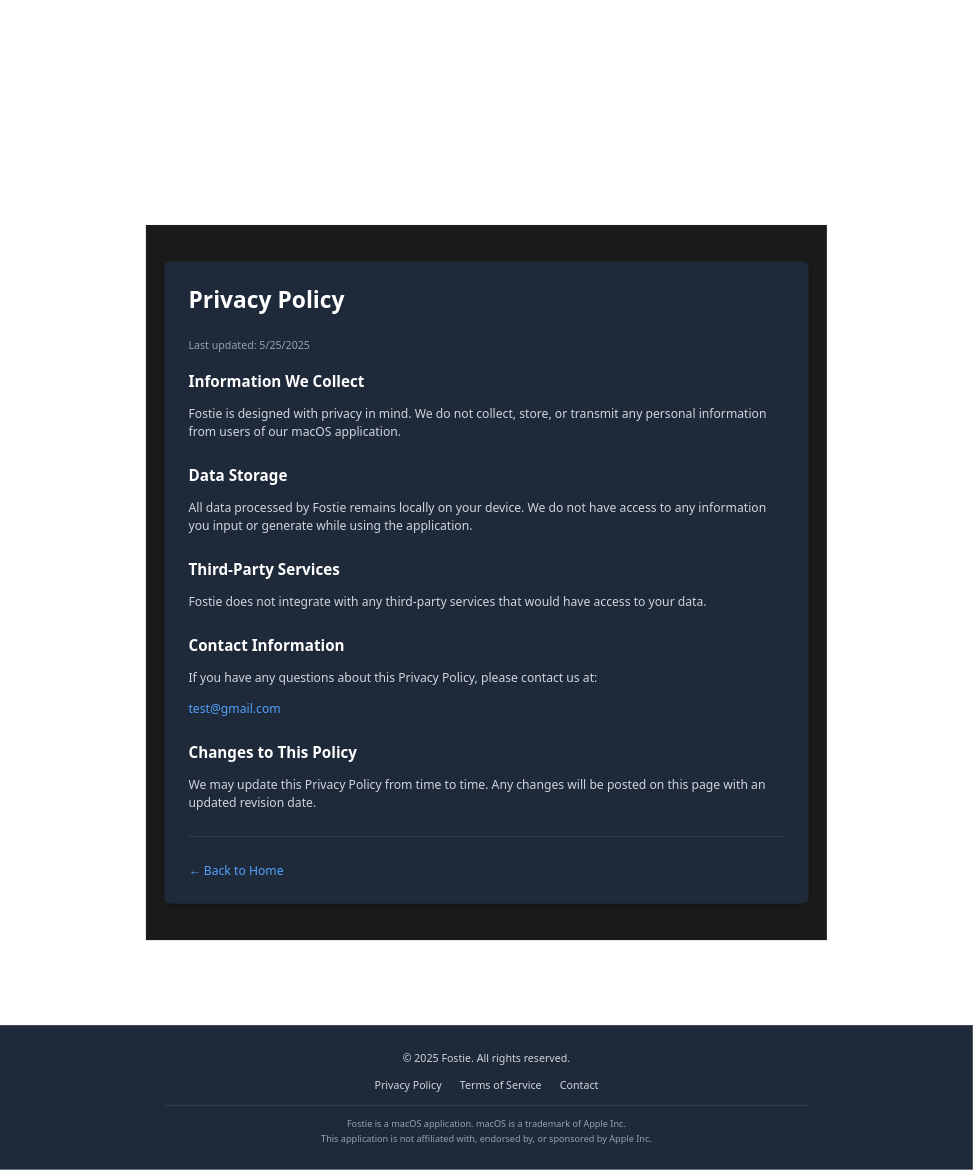
Repository: atimael/fostie-web
Page: /privacy
An editor plug-in stored every save of this project. The page is shown before and after the next save, followed by the edit.
The browser window is 1280 px wide. The pictures show the whole page, at 76% of full size.
The project was rebuilt for these pictures with package versions that can differ from the ones it lists, and the page was loaded fresh each time. The framework's server and built-in components were replaced by stand-ins that run in the browser. Also part of the build but not shown: next.config.js.

Above is the page before, as saved 2025-05-26 21:49:04.

### app/layout.tsx
import type { Metadata } from "next";
import type { ReactNode } from "react";
import "./globals.css";

export const metadata: Metadata = {
  title: "Fostie - macOS App",
  description: "Official website for Fostie macOS application",
  keywords: "Fostie, macOS, app, application",
  authors: [{ name: "Fostie Team" }],
};

export const viewport = {
  width: "device-width",
  initialScale: 1,
};

export default function RootLayout({ children }: { children: ReactNode }) {
  return (
    <html lang="en" className="dark">
      <body className="antialiased">{children}</body>
    </html>
  );
}

### app/privacy/layout.tsx
import Footer from "@/components/footer";
import Header from "@/components/header";

export default function PrivacyLayout({
  children,
}: {
  children: React.ReactNode;
}) {
  return (
    <>
      <Header />
      <main className="flex w-full flex-1 justify-center px-12 pb-16 pt-32 sm:pb-28 sm:pt-48 xl:px-40">
        {children}
      </main>
      <Footer className="support-page" />
    </>
  );
}

### app/privacy/page.tsx
export default function Privacy() {
  const currentYear = new Date().getFullYear();

  return (
    <main className="min-h-screen bg-gray-50 dark:bg-custom-dark">
      <div className="max-w-4xl mx-auto px-6 py-12">
        <div className="bg-white dark:bg-gray-800 rounded-lg shadow-md p-8">
          <h1 className="text-3xl font-bold text-gray-900 dark:text-white mb-8">
            Privacy Policy
          </h1>

          <div className="prose prose-gray dark:prose-invert max-w-none">
            <p className="text-sm text-gray-600 dark:text-gray-400 mb-6">
              Last updated: {new Date().toLocaleDateString()}
            </p>

            <section className="mb-8">
              <h2 className="text-xl font-semibold text-gray-900 dark:text-white mb-4">
                Information We Collect
              </h2>
              <p className="text-gray-700 dark:text-gray-300 mb-4">
                Fostie is designed with privacy in mind. We do not collect,
                store, or transmit any personal information from users of our
                macOS application.
              </p>
            </section>

            <section className="mb-8">
              <h2 className="text-xl font-semibold text-gray-900 dark:text-white mb-4">
                Data Storage
              </h2>
              <p className="text-gray-700 dark:text-gray-300 mb-4">
                All data processed by Fostie remains locally on your device. We
                do not have access to any information you input or generate
                while using the application.
              </p>
            </section>

            <section className="mb-8">
              <h2 className="text-xl font-semibold text-gray-900 dark:text-white mb-4">
                Third-Party Services
              </h2>
              <p className="text-gray-700 dark:text-gray-300 mb-4">
                Fostie does not integrate with any third-party services that
                would have access to your data.
              </p>
            </section>

            <section className="mb-8">
              <h2 className="text-xl font-semibold text-gray-900 dark:text-white mb-4">
                Contact Information
              </h2>
              <p className="text-gray-700 dark:text-gray-300 mb-4">
                If you have any questions about this Privacy Policy, please
                contact us at:
              </p>
              <p className="text-gray-700 dark:text-gray-300">
                <a
                  href="mailto:test@gmail.com"
                  className="text-blue-600 dark:text-blue-400 hover:text-blue-800 dark:hover:text-blue-300"
                >
                  test@gmail.com
                </a>
              </p>
            </section>

            <section className="mb-8">
              <h2 className="text-xl font-semibold text-gray-900 dark:text-white mb-4">
                Changes to This Policy
              </h2>
              <p className="text-gray-700 dark:text-gray-300 mb-4">
                We may update this Privacy Policy from time to time. Any changes
                will be posted on this page with an updated revision date.
              </p>
            </section>
          </div>

          <div className="mt-8 pt-8 border-t border-gray-200 dark:border-gray-700">
            <a
              href="/"
              className="text-blue-600 dark:text-blue-400 hover:text-blue-800 dark:hover:text-blue-300 font-medium"
            >
              ← Back to Home
            </a>
          </div>
        </div>
      </div>
    </main>
  );
}

### app/globals.css
@import "tailwindcss";

@custom-variant dark (&:where(.dark, .dark *));

@theme {
  /* Enable dark mode based on system preference */
  --default-color-scheme: light dark;

  /* Custom dark background color */
  --color-custom-dark: #1a1a1a;

  /* Custom font family */
  --font-family-sans: ui-sans-serif, system-ui, sans-serif, "Apple Color Emoji",
    "Segoe UI Emoji", "Segoe UI Symbol", "Noto Color Emoji";
}

### components/footer.tsx
export default function Footer() {
  const currentYear = new Date().getFullYear();

  return (
    <footer className="bg-white dark:bg-gray-800 border-t border-gray-200 dark:border-gray-700">
      <div className="max-w-4xl mx-auto px-6 py-8">
        <div className="text-center space-y-4">
          <div className="text-sm text-gray-600 dark:text-gray-300">
            <p>&copy; {currentYear} Fostie. All rights reserved.</p>
          </div>

          <div className="flex flex-wrap justify-center gap-6 text-sm">
            <a
              href="/privacy"
              className="text-gray-600 dark:text-gray-300 hover:text-gray-900 dark:hover:text-white transition-colors"
            >
              Privacy Policy
            </a>
            <a
              href="/terms"
              className="text-gray-600 dark:text-gray-300 hover:text-gray-900 dark:hover:text-white transition-colors"
            >
              Terms of Service
            </a>
            <a
              href="mailto:test@gmail.com"
              className="text-gray-600 dark:text-gray-300 hover:text-gray-900 dark:hover:text-white transition-colors"
            >
              Contact
            </a>
          </div>

          <div className="text-xs text-gray-500 dark:text-gray-400 pt-4 border-t border-gray-100 dark:border-gray-700">
            <p>
              Fostie is a macOS application. macOS is a trademark of Apple Inc.
            </p>
            <p className="mt-1">
              This application is not affiliated with, endorsed by, or sponsored
              by Apple Inc.
            </p>
          </div>
        </div>
      </div>
    </footer>
  );
}

### components/header.tsx
export default function Header() {
  return (
    <header className="justify-between">
      <div className="max-w-4xl mx-auto px-6 py-8">
        <h1 className="text-4xl font-bold text-gray-900 dark:text-white text-center">
          Fostie
        </h1>
      </div>
    </header>
  );
}

After the next save:
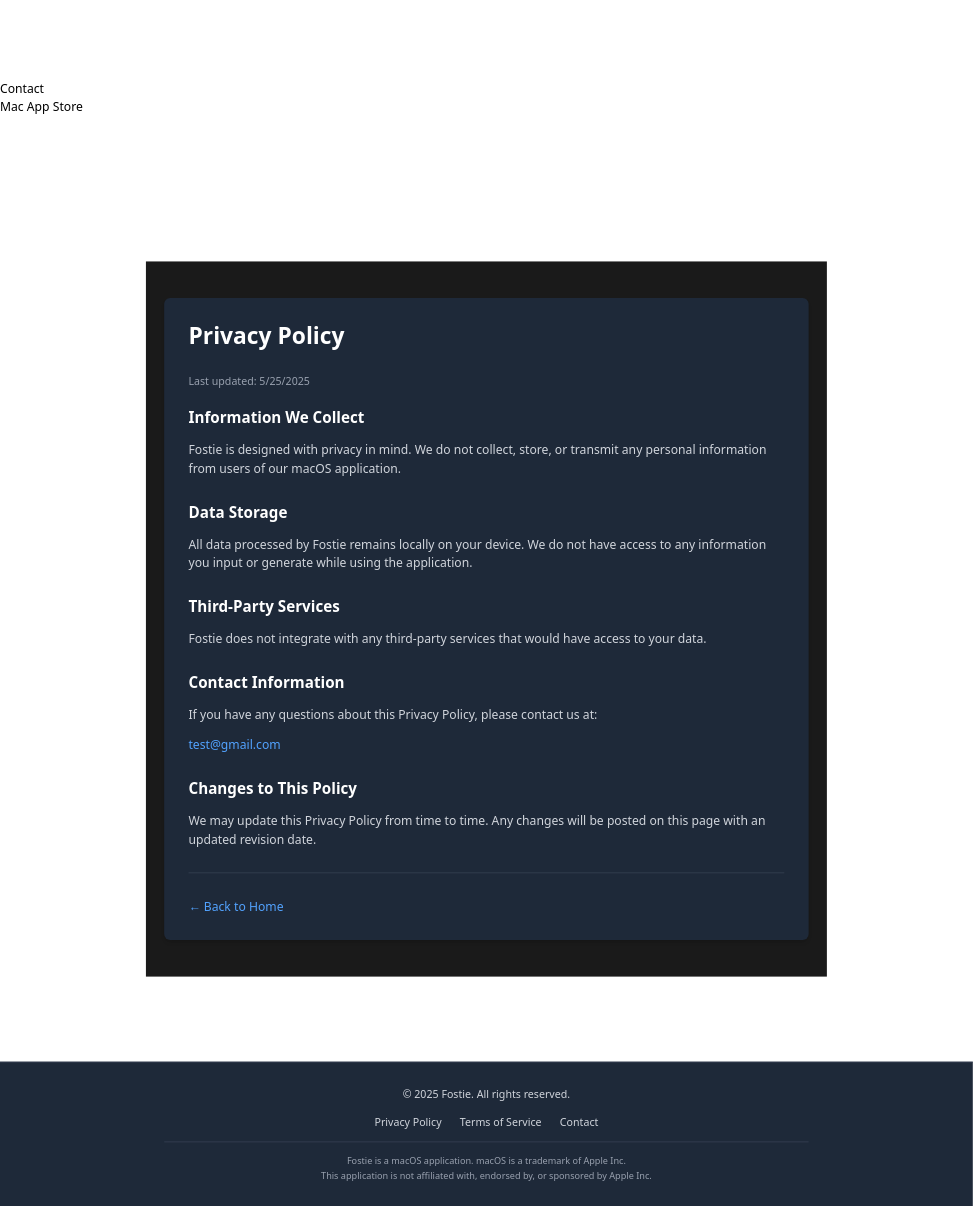
Saved 36 s later.
--- a/components/header.tsx
+++ b/components/header.tsx
@@ -6,6 +6,12 @@
           Fostie
         </h1>
       </div>
+
+      <div>
+        <div>Contact</div>
+
+        <div>Mac App Store</div>
+      </div>
     </header>
   );
 }

After the 2 saves that followed:
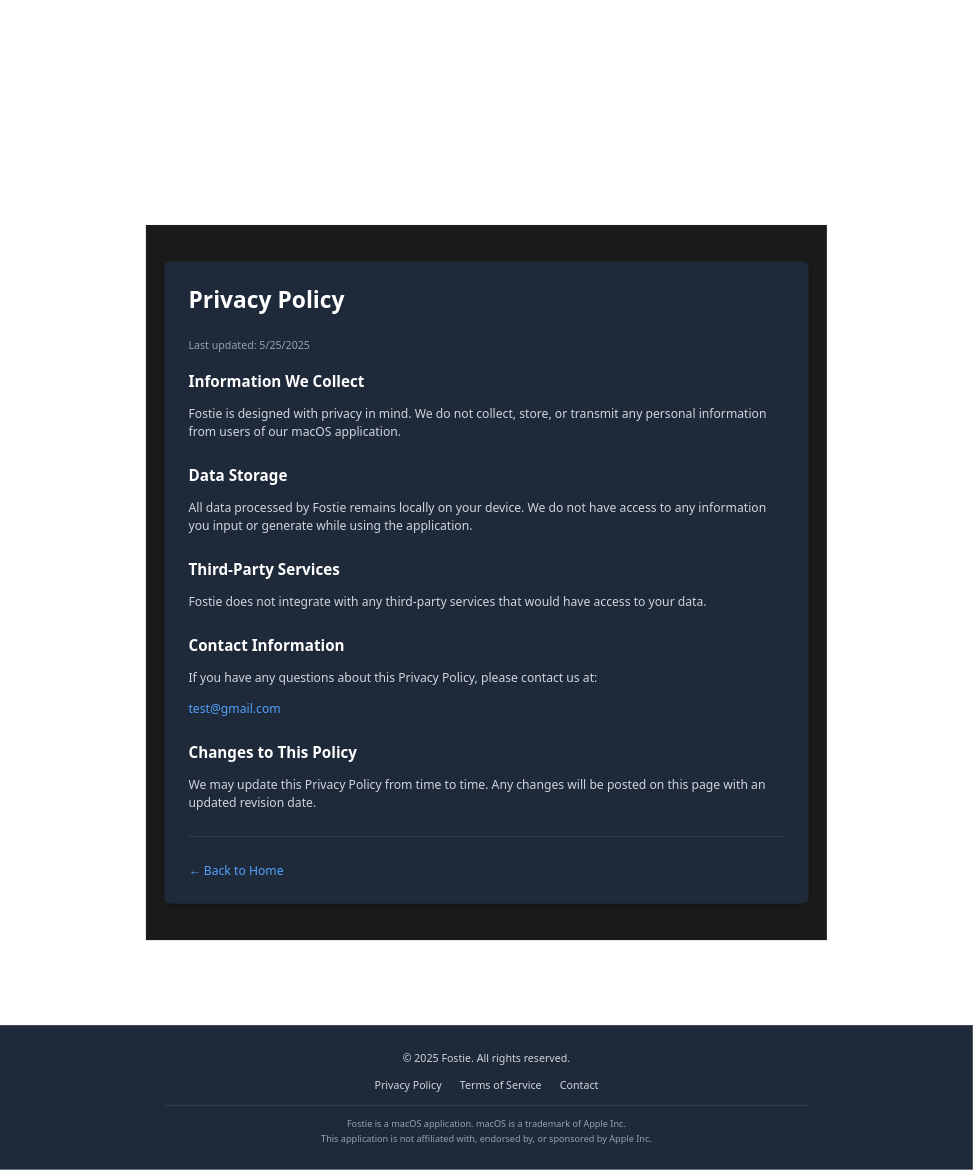
The 2 saves are shown as one change because they came seconds apart.
The last was saved 29 s later.
--- a/components/header.tsx
+++ b/components/header.tsx
@@ -1,10 +1,8 @@
 export default function Header() {
   return (
-    <header className="justify-between">
+    <header className="justify-between flex items-center dark:text-white">
       <div className="max-w-4xl mx-auto px-6 py-8">
-        <h1 className="text-4xl font-bold text-gray-900 dark:text-white text-center">
-          Fostie
-        </h1>
+        <h1 className="text-4xl font-bold  text-center">Fostie</h1>
       </div>
 
       <div>
